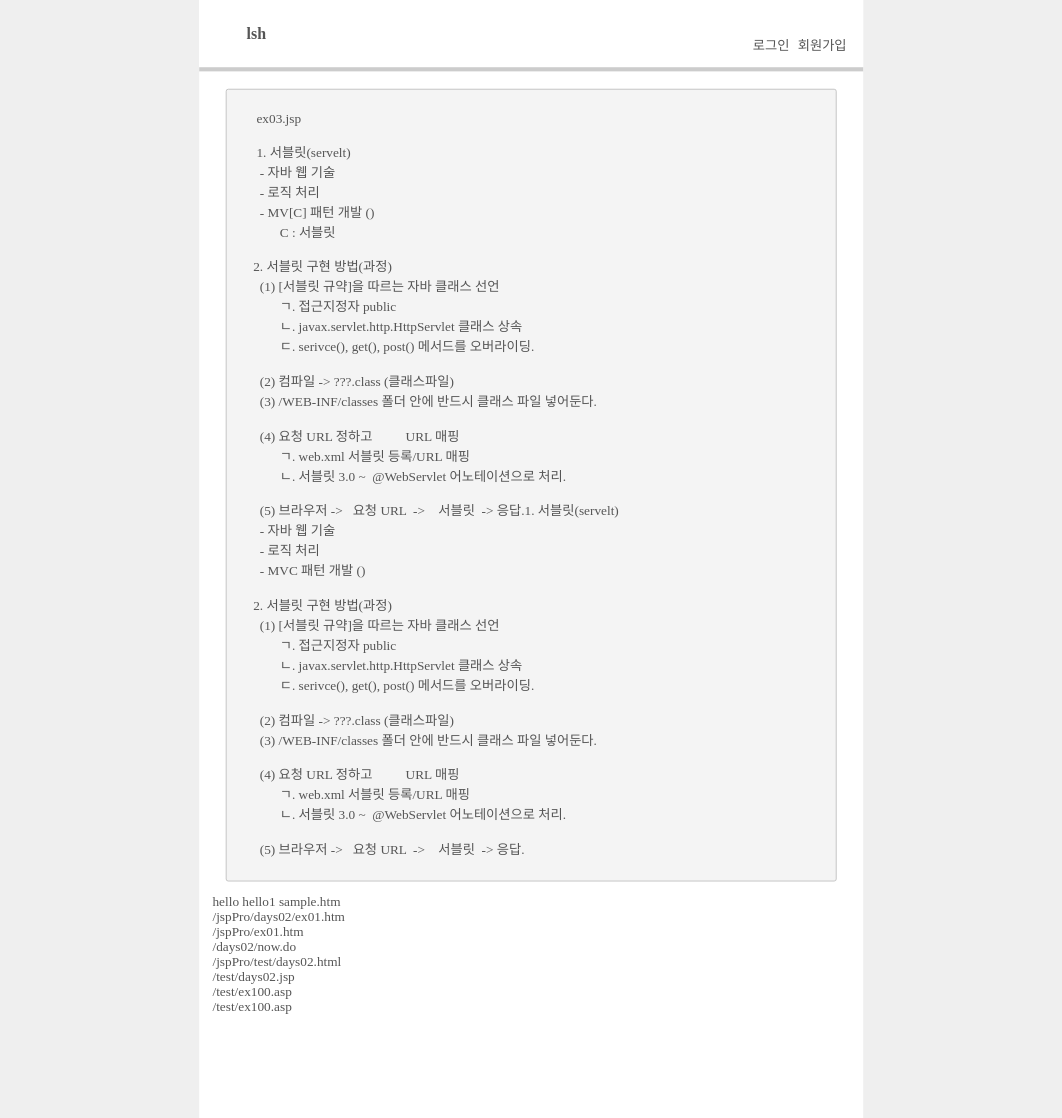
Repository: Seeker2250/JspTest
Page: http://localhost/jspPro/days02/ex03.jsp
An editor plug-in stored every save of this project. The page is shown before and after the next save, followed by the edit.
The browser window is 1280 px wide. The pictures show the whole page, at 83% of full size.
Some web fonts or font styles are not loaded; a fallback is used. The page is served by Tomcat 9. Other server files are loaded and not shown.

Above is the page before, as saved 2024-10-16 08:13:50.

### jspPro/src/main/webapp/days02/ex03.jsp
<%@ page language="java" contentType="text/html; charset=utf-8" pageEncoding="utf-8" %> <!-- 페이지 지시자(지시자는 @가 있다.) -->
<!DOCTYPE html>
<html>
<head>
<meta charset="UTF-8">
<title>Insert title here</title>
<link rel="shortcut icon" type="image/x-icon" href="http://localhost/jspPro/images/SiSt.ico">
<script src="https://ajax.googleapis.com/ajax/libs/jquery/3.7.1/jquery.min.js"></script>
<meta name="viewport" content="width=device-width, initial-scale=1.0">
<link rel="stylesheet" href="http://localhost/jspPro/resources/cdn-main/example.css">
<script src="http://localhost/jspPro/resources/cdn-main/example.js"></script>
<style>
 span.material-symbols-outlined{
    vertical-align: text-bottom;
 }
</style>
</head>
<body>
<header>
  <h1 class="main"><a href="#" style="position: absolute;top:30px;">lsh</a></h1>
  <ul>
    <li><a href="#">로그인</a></li>
    <li><a href="#">회원가입</a></li>
  </ul>
</header>
<div>
  <xmp class="code">
     ex03.jsp

     1. 서블릿(servelt)
      - 자바 웹 기술
      - 로직 처리
      - MV[C] 패턴 개발 ()
            C : 서블릿

    2. 서블릿 구현 방법(과정)
      (1) [서블릿 규약]을 따르는 자바 클래스 선언
            ㄱ. 접근지정자 public
            ㄴ. javax.servlet.http.HttpServlet 클래스 상속
            ㄷ. serivce(), get(), post() 메서드를 오버라이딩.

      (2) 컴파일 -> ???.class (클래스파일)
      (3) /WEB-INF/classes 폴더 안에 반드시 클래스 파일 넣어둔다.

      (4) 요청 URL 정하고          URL 매핑
            ㄱ. web.xml 서블릿 등록/URL 매핑
            ㄴ. 서블릿 3.0 ~  @WebServlet 어노테이션으로 처리.

      (5) 브라우저 ->   요청 URL  ->    서블릿  -> 응답.1. 서블릿(servelt)
      - 자바 웹 기술
      - 로직 처리
      - MVC 패턴 개발 ()

    2. 서블릿 구현 방법(과정)
      (1) [서블릿 규약]을 따르는 자바 클래스 선언
            ㄱ. 접근지정자 public
            ㄴ. javax.servlet.http.HttpServlet 클래스 상속
            ㄷ. serivce(), get(), post() 메서드를 오버라이딩.

      (2) 컴파일 -> ???.class (클래스파일)
      (3) /WEB-INF/classes 폴더 안에 반드시 클래스 파일 넣어둔다.

      (4) 요청 URL 정하고          URL 매핑
            ㄱ. web.xml 서블릿 등록/URL 매핑
            ㄴ. 서블릿 3.0 ~  @WebServlet 어노테이션으로 처리.

      (5) 브라우저 ->   요청 URL  ->    서블릿  -> 응답.
  </xmp>

  <a href="/jspPro/hello">hello</a>
  <a href="/jspPro/hello1">hello1</a>


  <a href="sample.htm">sample.htm</a><br />
  <a href="/jspPro/days02/ex01.htm">/jspPro/days02/ex01.htm</a><br />
  <a href="/jspPro/ex01.htm">/jspPro/ex01.htm</a><br />

  <!-- / 경로의 위치가 다르기 때문에 jspPro 부터 시작한다. -->
  <a href="/jspPro/days02/now.do">/days02/now.do</a><br />

  <a href="/jspPro/test/days02/ex100.html">/jspPro/test/days02.html</a><br />
  <a href="/test/days02.jsp">/test/days02.jsp</a><br /> <!-- localhost로 들어가잖아 jspPro없어서 그래  -->
  <a href="/test/ex100.asp">/test/ex100.asp</a><br /> <!-- localhost로 들어가잖아 jspPro없어서 그래  -->
  <a href="/jspPro/test/ex100.asp">/test/ex100.asp</a><br />

  <!-- [차이점] 과제 / ch17, 514p
  <url-pattern>/</url-pattern>
  <url-pattern>/*</url-pattern>
   -->
</div>
</body>
</html>

### jspPro/src/main/webapp/resources/cdn-main/example.css
@charset "UTF-8";

@import url('https://fonts.googleapis.com/css2?family=Material+Symbols+Outlined:opsz,wght,FILL,GRAD@20..48,100..700,0..1,-50..200');

@font-face {
    font-family: 'GmarketSansMedium';
    src: url('https://cdn.jsdelivr.net/gh/projectnoonnu/noonfonts_2001@1.1/GmarketSansMedium.woff') format('woff');
    font-weight: normal;
    font-style: normal;
}

:root {
	--text-color: #555;
	--sub-text-color: #777;
	--back-color: #EFEFEF;
	--header-color: #444;
	--primary-color: #DEDEDE;
	--secondary-color: #EFEFEF;
	--default-width: 800px;
	--narrow-width: 500px;
	--wide-width: 1200px;
	--text-font: 'GmarketSansMedium';
	--icon-font: 'Material Symbols Outlined';
	--border-color: #CCC;
}

html, body {
	margin: 0;
	padding: 0;
}

html {
	background-color: var(--back-color);
	display: flex;
	justify-content: center;
	min-height: 100vh;
}

body, body.default {
	width: var(--default-width);
	background-color: white;
	padding-bottom: 120px;
}

body.wide {
	width: var(--wide-width);
}

body.narrow {
	width: var(--narrow-width);
}



body, p, div, span, a, input, select, option, textarea, button, table, th, td, label, fieldset, legend {
	font-family: var(--text-font);
	color: var(--text-color);
}

h1, h2, h3 {
	font-family: var(--text-font);
	color: var(--header-color);
	padding: 0 1rem;
	padding-top: .5rem;
}

div > h1, div > h2, div > h3 {
	padding: 0;
}

body > div, body > main > div {
	padding: 0.3rem 1rem;
}


h1 { font-size: 2rem; border-bottom: 1px solid var(--border-color); }
h1 small { font-size: 1.2rem; color: var(--sub-text-color); }
h2 { font-size: 1.5rem; border-bottom: 1px dashed var(--border-color); }
h2 small { font-size: 1.1rem; color: --sub-text-color; }
h3 { font-size: 1.2rem; }
h3 small { font-size: 1rem; color: --sub-text-color; }



h1.main::before {
	font-family: var(--icon-font);
  	content: '\e666';
  	margin-right: 10px;
  	float: left;
	font-size: 2.5rem;
}

h1.sub::before {
	font-family: var(--icon-font);
  	content: '\ea19';
  	margin-right: 10px;
  	float: left;
	font-size: 2.5rem;
}


h1.page::before {
	font-family: var(--icon-font);
  	content: '\e0e0';
  	margin-right: 10px;
  	float: left;
	font-size: 2.5rem;
}

body > header > ul > li > .active{
	background-color: #FFF;
	color:#F00;
}

body > header {
	display: flex;
	justify-content: space-between;
	border-bottom: 5px solid var(--border-color);
	min-height: 74px;
	background-color: #FFF;
}

body > header.sticky {
	position: sticky;
	top: 0;
	z-index: 98;
}

body > header > h1 {
	font-size: 1.2rem;
	border: 0;
}

body > header.in > h1::before {
	font-family: var(--icon-font);
  	content: '\e332‥';
  	margin-right: 3px;
  	float: left;
	font-size: 2rem;
}


body > header > ul {
	list-style-type: none;
	display: flex;
	align-items: flex-end;
	margin-right: 10px;
}

body > header > ul > li {
	margin-right: 10px;
	cursor: pointer;
}

body > header > ul > li > a {
	cursor: pointer;
}


form {
	display: block;
}

form > div {
	padding: 0.3rem 1rem;
}

div > form > div {
	padding: 0.3rem 0;
}

input, textarea, button, select {
	border: 1px solid #BBB;
	border-radius: 3px;
	outline: none;
	resize: none;
	padding: 7px;
	margin: 0;
}

input[type=text]:read-only, textarea:read-only {
	cursor: not-allowed;
	background-color: #FFF;
}

input[type=text]:disabled, textarea:disabled {
	cursor: not-allowed;
	background-color: #EEE;
}

input[type=text], input[type=password], textarea, button, select {
	/* width: 300px; */
}

textarea {
	display: block;
	height: 100px;
}

input[type=button], input[type=submit], button {
	/* width: inherit; */
}

input.short, textarea.short, button.short, select.short {
	width: 100px;
}

input.long, textarea.long, button.long, select.long {
	width: 350px;
}

.narrow input.long, .narrow textarea.long, .narrow button.long, .narrow select.long {
	width: calc(100% - 20px);
}

input.full, textarea.full, button.full, select.full {
	width: calc(100% - 20px);
}

textarea.short {
	height: 50px;
}

textarea.long {
	height: 100px;
}

textarea.full {
	height: 200px;
}

input, textarea {
	padding-top: 8px;
}

input[type=button], input[type=submit], button {
	padding: 5px 10px;
	background-color: var(--secondary-color);
	cursor: pointer;
	min-height: 36px;
}

input[type=button].primary, input[type=submit].primary, button.primary {
	/* background-color: rgba(100, 149, 237, .2); */
	background-color: var(--primary-color);
}

input[type=button].primary:hover, input[type=submit].primary:hover, button.primary:hover {
	/* background-color: rgba(100, 149, 237, .3); */
	background-color: var(--secondary-color);
}

input[type=button]:hover, input[type=submit]:hover, button:hover {
	background-color: var(--primary-color);
}

button {
	position: relative;
	left: 0;
	top: 0;
	padding-left: 35px;
}

button .material-symbols-outlined {
	position: absolute;
	left: 10px;
	top: 4px;
}

/* k2nik add */
button.login::before {
	font-family: var(--icon-font);
  	content: '\ea77';
	position: absolute;
	left: 11px;
	top: 4px;
	font-size: 1.25rem;
}

/* k2nik logout */
button.logout::before {
	font-family: var(--icon-font);
  	content: '\e9ba';
	position: absolute;
	left: 11px;
	top: 4px;
	font-size: 1.25rem;
}

/* k2nik help */
button.help::before {
	font-family: var(--icon-font);
  	content: '\f1c0';
	position: absolute;
	left: 11px;
	top: 4px;
	font-size: 1.25rem;
}

button.add::before{
	font-family: var(--icon-font);
  	content: '\e746';
	position: absolute;
	left: 11px;
	top: 4px;
	font-size: 1.25rem;
}

button.back::before {
	font-family: var(--icon-font);
  	content: '\e166';
	position: absolute;
	left: 11px;
	top: 4px;
	font-size: 1.25rem;
}

button.list::before {
	font-family: var(--icon-font);
  	content: '\e0ee';
	position: absolute;
	left: 11px;
	top: 4px;
	font-size: 1.25rem;
}


button.del::before {
	font-family: var(--icon-font);
  	content: '\e872';
	position: absolute;
	left: 11px;
	top: 4px;
	font-size: 1.25rem;
}


button.edit::before {
	font-family: var(--icon-font);
  	content: '\e745';
	position: absolute;
	left: 11px;
	top: 4px;
	font-size: 1.25rem;
}


button.login::before {
	font-family: var(--icon-font);
  	content: '\ea77';
	position: absolute;
	left: 11px;
	top: 4px;
	font-size: 1.25rem;
}


button.logout::before {
	font-family: var(--icon-font);
  	content: '\e9ba';
	position: absolute;
	left: 11px;
	top: 4px;
	font-size: 1.25rem;
}


button.in::before {
	font-family: var(--icon-font);
  	content: '\f71a';
	position: absolute;
	left: 11px;
	top: 4px;
	font-size: 1.25rem;
}


button.out::before {
	font-family: var(--icon-font);
  	content: '\f70e';
	position: absolute;
	left: 11px;
	top: 4px;
	font-size: 1.25rem;
}


button.reply::before {
	font-family: var(--icon-font);
  	content: '\e15e';
	position: absolute;
	left: 11px;
	top: 4px;
	font-size: 1.25rem;
}


button.comment::before {
	font-family: var(--icon-font);
  	content: '\e0b9';
	position: absolute;
	left: 11px;
	top: 4px;
	font-size: 1.25rem;
}


button.modal::before {
	font-family: var(--icon-font);
  	content: '\e89e';
	position: absolute;
	left: 11px;
	top: 4px;
	font-size: 1.25rem;
}


button.ok::before {
	font-family: var(--icon-font);
  	content: '\e86c';
	position: absolute;
	left: 11px;
	top: 4px;
	font-size: 1.25rem;
}


button.cancel::before {
	font-family: var(--icon-font);
  	content: '\e5c9';
	position: absolute;
	left: 11px;
	top: 4px;
	font-size: 1.25rem;
}

button.search::before {
	font-family: var(--icon-font);
  	content: '\e8b6';
	position: absolute;
	left: 11px;
	top: 4px;
	font-size: 1.25rem;
}

button.home::before {
	font-family: var(--icon-font);
  	content: '\e88a';
	position: absolute;
	left: 11px;
	top: 4px;
	font-size: 1.25rem;
}


button.sidebar::before {
	font-family: var(--icon-font);
  	content: '\f7e4';
	position: absolute;
	left: 11px;
	top: 4px;
	font-size: 1.25rem;
}


button.sidebar-right::before {
	font-family: var(--icon-font);
  	content: '\f7e5';
	position: absolute;
	left: 11px;
	top: 4px;
	font-size: 1.25rem;
}




button::before {
	font-family: var(--icon-font);
  	content: '\e323';
	position: absolute;
	left: 11px;
	top: 4px;
	font-size: 1.25rem;
}


table {
	border-collapse: collapse;
	margin: 1rem;
	box-sizing: border-box;
	width: calc(100% - 32px);
}

table.content {
	width: auto;
}

div > table {
	margin: 0;
}

table th, table td {
	border: 1px solid var(--border-color);
	padding: 7px;
	font-weight: normal;
}

table th {
	background-color: var(--back-color);
}

table.vertical th {
	width: 150px;
}

table.vertical td {
	width: calc(100% - 182px);
	padding-left: 10px;
}

table.content td, table.content th {
	width: auto;
}

body.narrow table.vertical th {
	width: 100px;
}

body.narrow table.vertical td {
	width: calc(100% - 182px);
}


table + table {
	margin-top: 30px;
}


p {
	padding: 0 1rem;
}

a {
	text-decoration: none;
}

a:hover {
	color: rgba(255, 99, 71, .7);
}

hr {
	border: 0;
	border-top: 1px solid var(--border-color);
	margin: 2rem 0;
}

.message {
	border: 1px solid var(--border-color);
	background-color: #EFEFEF;
	margin: 1rem;
	width: auto;
	padding-top: 10px;
	padding-bottom: 10px;
	font-size: 14px;
}

.message[title]::before {
	content: attr(title);
	display: block;
	border-bottom: 1px solid var(--border-color);
	padding-bottom: 5px;
	margin-bottom: 10px;
	margin-top: 7px;
}

.message.short {
	max-width: 250px;
}

.message.long {
	max-width: 500px;
}

.badge {
	float: right;
	font-size: .8rem;
	margin-top: 2px;
	margin-right: 2px;
	text-shadow: 0 0 7px gray;
}

.badge.left {
	float: none;
	margin-left: 2px;
}

.badge.right {
	float: right;
}

.badge.red {
	border-radius: 50%;
	padding: 2px 5px;
	background-color: rgb(255, 99, 71, .3);
}

.badge.yellow {

	border-radius: 50%;
	padding: 2px 5px;
	background-color: rgb(255, 215, 0, .5);
}

.badge.blue {
	border-radius: 50%;
	padding: 2px 5px;
	background-color: rgb(100, 149, 237, .3);
}

label + label {
	margin-left: 7px;
}

label input[type=checkbox], label input[type=radio] {
	transform: translate(0, 1px);
}

.group {
	display: flex;
}

.modal-content .group {
	margin-bottom: .5rem;
}

.group label {
	border: 1px solid #BBB;
	border-radius: 3px;
	outline: none;
	resize: none;
	padding: 7px 14px;
	margin: 0;
	border-top-right-radius: 0;
	border-bottom-right-radius: 0;
	background-color: #EFEFEF;
	white-space: nowrap;
	font-size: 14px;
}

.group input[type=text] {
	margin-left: -1px;
	border-top-left-radius: 0;
	border-bottom-left-radius: 0;
}

.group select {
	margin-left: -1px;
	border-top-left-radius: 0;
	border-bottom-left-radius: 0;
}

.group input.full[type=text] {
	margin-left: -1px;
	border-top-left-radius: 0;
	border-bottom-left-radius: 0;
	width: 100%;
}

.group input[type=button]:first-child, .group button:first-child {
	border-top-left-radius: 3px;
	border-bottom-left-radius: 3px;
	margin-left: 0px;
}

.group input[type=button], .group button {
	border-radius: 0;
	margin-left: -1px;
}

.group input[type=button]:last-child, .group button:last-child {
	margin-left: -1px;
	border-top-right-radius: 3px;
	border-bottom-right-radius: 3px;
}

.seperate {
	display: flex;
	justify-content: space-between;
}

div.list {
	width: max-content;
	margin: 1rem;
	border: 1px solid #BBB;
	border-radius: 3px;
	padding: 0;
}

div.list.full {
	width: auto;
	display: block;
	margin: 1rem;
	border: 1px solid #BBB;
	border-radius: 3px;
	padding: 0;
}

div.list > div {
	padding: .5rem 1rem;
	margin: 0;
	border-bottom: 1px solid #BBB;
}

div.list > div:last-child {
	border-bottom: 0;
}

pre.code , xmp.code{
	font-family: consols;
	background-color: rgba(150, 150, 150, .1);
	border: 1px solid #BBB;
	border-radius: 3px;
	padding: .5rem 1rem;
	padding-bottom: .6rem;
	margin: 1rem;
}




*[data-modal-window] {
	position: fixed;
	background-color: rgba(0, 0, 0, .3);
	left: 0;
	top: 0;
	display: none;
	justify-content: center;
	align-items: flex-start;
	width: 100%;
	min-height: 100vh;
	z-index: 100;
	opacity: 0;
	transition: 500ms all;
}

*[data-modal-window] .modal-container {
	border-radius: 5px;
	padding: 1rem;
	padding-bottom: .5rem;
	margin-top: -500px;
	opacity: 0;
	width: 500px;
	background-color: #FFF;
	margin-right: 2rem;
	transition: 500ms all;
}

*[data-modal-size=content] .modal-container {
	width: auto;
}

*[data-modal-size=narrow] .modal-container {
	width: 300px;
}

*[data-modal-size=wide] .modal-container {
	width: 760px;
}


*[data-modal-window] .modal-header {
	border-bottom: 1px solid var(--border-color);
	padding: 2px 5px;
}

*[data-modal-window] .modal-content {
	padding: 1rem 5px;
}

*[data-modal-window] .modal-content div:last-child {
	margin-top: 1rem;
	text-align: right;
}



*[data-sidebar-window] {
	position: fixed;
	background-color: #FFF;
	left: 0;
	top: 0;
	display: block;
	width: 300px;
	border-right: 1px solid var(--border-color);
	box-sizing: border-box;
	box-shadow: 0 0 3px var(--back-color);
	min-height: 100vh;
	z-index: 99;
	transform: translate(-300px, 0);
	transition-duration: 500ms;
	transition-property: transform;
}

*[data-sidebar-direction=right] {
	left: auto;
	right: 0;
	transform: translate(300px, 0);
	border-left: 1px solid var(--border-color);
}

*[data-sidebar-size=wide] {
	width: 500px;
	transform: translate(-500px, 0);
}

*[data-sidebar-window] .sidebar-title {
	border-bottom: 1px solid var(--border-color);
	margin-top: 20px;
	margin-bottom: 20px;
	padding-bottom: 5px;
	display: flex;
	justify-content: space-between;
}

*[data-sidebar-window] .sidebar-title span:last-child {
	cursor: pointer;
}


/* K2Nik pagination */
.center {
  text-align: center;
}

.pagination {
  display: inline-block;
}

.pagination a {
  color: black;
  float: left;
  padding: 3px 6px;
  text-decoration: none;
  transition: background-color .3s;
  border: 1px solid #ddd;
  margin: 0 3px;
}

.pagination a.active {
  background-color: #4CAF50;
  color: white;
  border: 1px solid #4CAF50;
}

.pagination a:hover:not(.active) {background-color: #ddd;}

### jspPro/src/main/webapp/resources/cdn-main/example.js

window.onload = () => {

    const list = document.querySelectorAll('input, textarea');

    list.forEach(item => {
        item.setAttribute('autocomplete', 'off');
    });


    const modal_btn_list = document.querySelectorAll('*[data-modal-button]');

    modal_btn_list.forEach(item => {
        item.onclick = function() {

            const name = this.dataset['modalButton'];
            const modal_window = document.querySelector('*[data-modal-window=' + name);

            const container = document.createElement('div');
            container.className = 'modal-container';



            const modal_header = document.createElement('div');
            modal_header.textContent = modal_window.dataset['modalTitle'];
            modal_header.className = 'modal-header';
            container.appendChild(modal_header);

            const modal_content = document.createElement('div');
            modal_content.className = 'modal-content';
            container.appendChild(modal_content);

            Array.from(modal_window.childNodes).forEach(item => {
                modal_content.appendChild(item);
            });

            modal_window.appendChild(container);

            modal_window.style.display = 'flex';

            setTimeout(() => {
                modal_window.style.opacity = 1;
                container.style.marginTop = '20px';
                container.style.opacity = 1;
            }, 50);


            const modal_ok = document.querySelector('*[data-modal-ok=' + name);
            modal_ok.addEventListener('click', function() {
                modal_window.style.opacity = 0;
                container.style.marginTop = '-500px';
                container.style.opacity = 0;

                setTimeout(() => {
                    modal_window.innerHTML = modal_content.innerHTML;
                    modal_window.style.display = 'none';
                }, 500);

            });

            const modal_cancel = document.querySelector('*[data-modal-cancel=' + name);
            modal_cancel.addEventListener('click', function() {

                modal_window.style.opacity = 0;
                container.style.marginTop = '-500px';
                container.style.opacity = 0;

                setTimeout(() => {
                    modal_window.innerHTML = modal_content.innerHTML;
                    modal_window.style.display = 'none';
                }, 500);
            });


        };
    });


    const sidebar_btn_list = document.querySelectorAll('*[data-sidebar-button]');

    sidebar_btn_list.forEach(item => {
        item.onclick = function() {



            const name = this.dataset['sidebarButton'];
            const sidebar_window = document.querySelector('*[data-sidebar-window=' + name);

            if (sidebar_window.style.transform == 'translate(0px, 0px)') return;



            sidebar_window.style.transform = 'translate(0, 0)';

            const sidebar_title = document.createElement('div');
            sidebar_title.className = 'sidebar-title';
            sidebar_title.innerHTML = '<span>' + sidebar_window.dataset['sidebarTitle'] + '</span><span class="material-symbols-outlined">close</span>';

            sidebar_title.children[1].onclick = function() {

                let sign = 1;
                let distance = 300;

                if (sidebar_window.dataset['sidebarDirection'] != 'right') {
                    sign = -1;
                } else {
                    sign = 1;
                }

                if (sidebar_window.dataset['sidebarSize'] != 'wide') {
                    distance = 300;
                } else {
                    distance = 500;
                }

                distance *= sign;

                sidebar_window.style.transform = 'translate(' + distance + 'px, 0)';

                setTimeout(function() {
                    sidebar_window.removeChild(sidebar_window.children[0]);
                }, 500);
            };


            sidebar_window.prepend(sidebar_title);

        }
    });

};

// window.onkeydown = function(event) {

//     if (event.keyCode == 27) {
//         if (document.querySelector('[data-modal-window').style.display == 'flex') {
//             document.querySelector('[data-modal-window').style.display = 'none';
//         }
//     }

// };

After the next save:
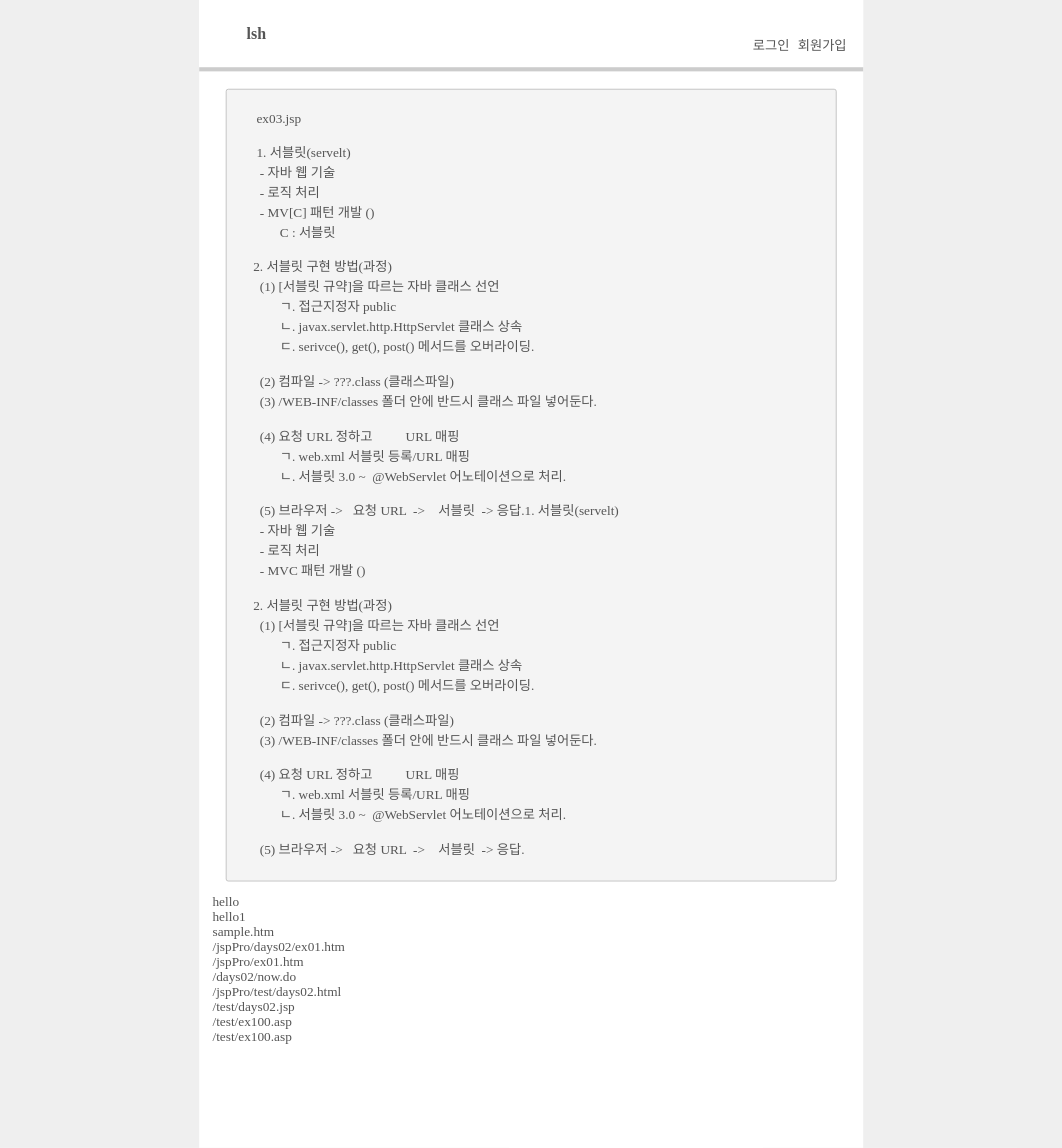
Saved 44 s later.
--- a/jspPro/src/main/webapp/days02/ex03.jsp
+++ b/jspPro/src/main/webapp/days02/ex03.jsp
@@ -67,8 +67,8 @@
       (5) 브라우저 ->   요청 URL  ->    서블릿  -> 응답.
   </xmp>
 
-  <a href="/jspPro/hello">hello</a>
-  <a href="/jspPro/hello1">hello1</a>
+  <a href="/jspPro/hello">hello</a><br>
+  <a href="/jspPro/hello1">hello1</a><br>
 
 
   <a href="sample.htm">sample.htm</a><br />
